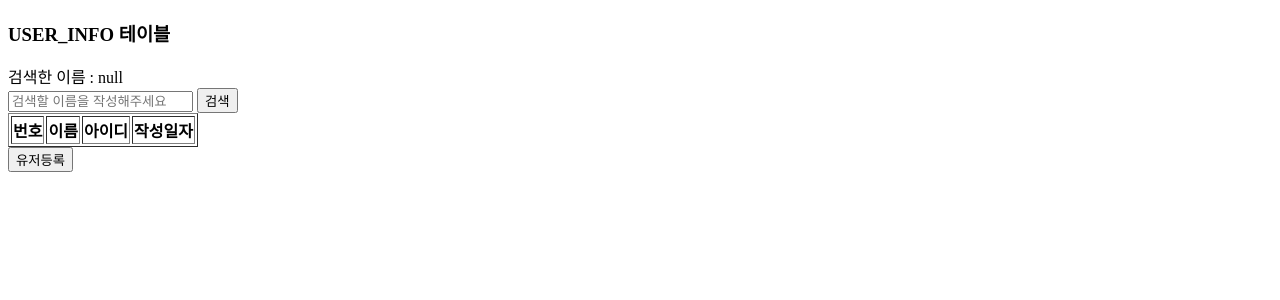
Repository: Luho0113/SpringBootStudy
Page: http://localhost/web/users.jsp
These files come from the project's save history. The page is drawn as it stood at one moment and after the next save; the edit follows.
The browser window is 1280 px wide. The pictures show the whole page.
The page is served by Tomcat 9. Other server files are loaded and not shown. Queries for data that is not in the repository find no rows.

Above is the page before, as saved 2023-05-04 01:47:58.

### web/src/main/webapp/users.jsp
<%@page import="java.sql.PreparedStatement"%>
<%@page import="java.sql.Statement"%>
<%@page import="java.sql.ResultSet"%>
<%@page import="java.sql.DriverManager"%>
<%@page import="java.sql.Connection"%>
<%@ page language="java" contentType="text/html; charset=UTF-8"
	pageEncoding="UTF-8"%>
<!DOCTYPE html>
<html>
<head>
<meta charset="UTF-8">
<title>User</title>
</head>
<body>
	<%
	Connection con;

	Class.forName("com.mysql.cj.jdbc.Driver");
	String url = "jdbc:mysql://localhost/nothing"; //DB 가져오는거

	String id = "root";
	String pwd = "1234";
	con = DriverManager.getConnection(url, id, pwd);

	//ui_name 검색하기
	String searchUiName = request.getParameter("uiName");
	String sql = "SELECT UI_NUM, UI_NAME, UI_ID, UI_PWD, UI_DATE FROM USER_INFO";

	if(searchUiName != null){
		//sql 쿼리문 변경, null이 아니면 = 사용자가 검색하면 수행한다
		sql += " WHERE UI_NAME LIKE CONCAT('%',?,'%')";
		/*
		 sql문 바로 뒤에 붙으니까 띄어쓰기 해주기
		 " WHERE UI_NAME LIKE '%" + searchUiName + "%'"
		 ?에 대입할 값을 연결시켜주는 작업 = 바인딩
		*/
	}
	PreparedStatement stmt = con.prepareStatement(sql);
	/*
	 PreparedStatement는 쿼리문을 문자열로 바꿔서 수행함
	 쿼리문을 미리 기억해뒀다가 실행할 땐 쿼리문을 넣지 않음 -> 데이터에 영향을 덜 주기 위함
	 만약 사용자가 <검색어';DELETE FROM USER_INFO;> 를 검색하면 데이터가 삭제됨 -> Statement를  사용하지 않는 이유
	*/


	if(searchUiName != null){
		stmt.setString(1, searchUiName);
	}

	ResultSet rs = stmt.executeQuery();
	%>

	<%
	out.println("<h3>" + "USER_INFO 테이블" + "</h3>");
	out.println("검색한 이름 : " + searchUiName);

	%>

	<form>
		<input type="text" name="uiName" placeholder="검색할 이름을 작성해주세요">
		<button>검색</button>
	</form>

	<table border="1">
		<tr>
			<th>번호</th>
			<th>이름</th>
			<th>아이디</th>
			<th>작성일자</th>
		</tr>
			<%
			while (rs.next()) {
				int uiNum = rs.getInt("UI_NUM");
				String uiName = rs.getString("UI_NAME");
				String uiID = rs.getString("UI_ID");
				String uiDate = rs.getString("UI_DATE");

				out.println("<tr>");
				out.println("<td>" + uiNum + "</td>");
				out.println("<td>" + uiName + "</td>");
				out.println("<td>" + uiID + "</td>");
				out.println("<td>" + uiDate + "</td>");
				out.println("<tr>");
			}
			%>
	</table>
	<button onclick="location.href='/user-insert.jsp'">유저등록</button>
</body>
</html>

After the next save:
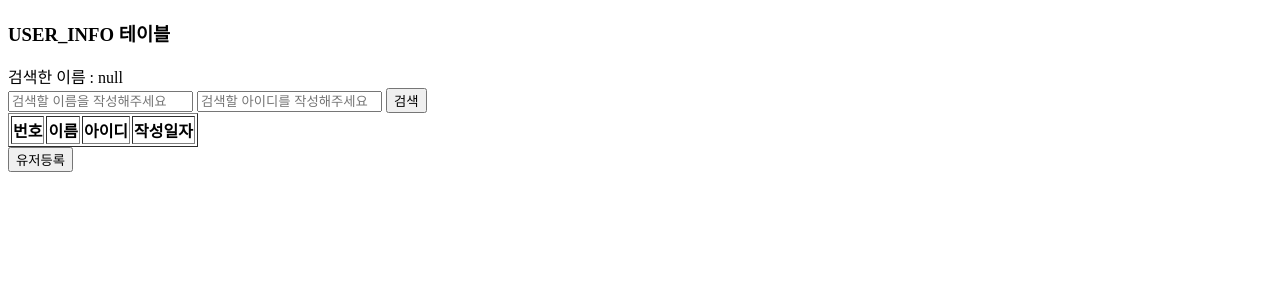
Saved 73 s later.
--- a/web/src/main/webapp/users.jsp
+++ b/web/src/main/webapp/users.jsp
@@ -58,6 +58,7 @@
 
 	<form>
 		<input type="text" name="uiName" placeholder="검색할 이름을 작성해주세요">
+		<input type="text" name="uiId" placeholder="검색할 아이디를 작성해주세요">
 		<button>검색</button>
 	</form>
 
